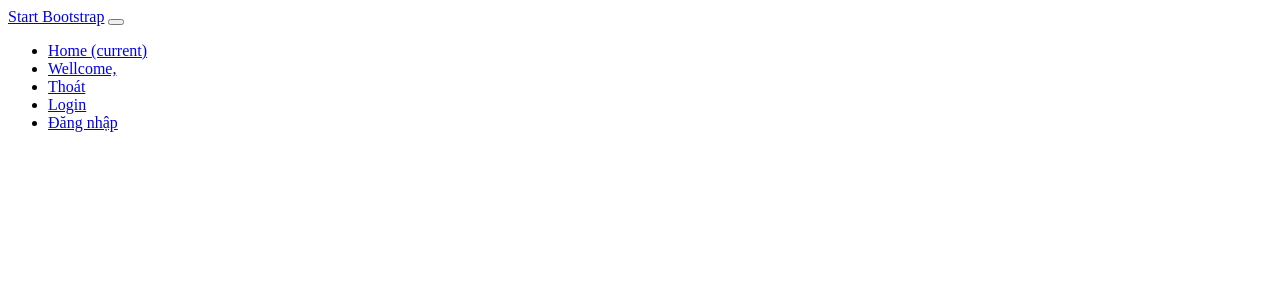
Repository: DuongVanMinhIT/JavaWeb
Page: http://localhost/new-jdbc/common/web/header.jsp
These files come from the project's save history. The page is drawn as it stood at one moment and after a run of saves; the edit follows.
The browser window is 1280 px wide. The pictures show the whole page.
The page is served by Tomcat 9. Nobody is signed in. The application's start-up code is not run. Other server files are loaded and not shown.

Above is the page before, as saved 2020-06-22 06:26:06.

### servlet/new-jdbc/src/main/webapp/common/web/header.jsp
<%@ page language="java" contentType="text/html; charset=UTF-8"
    pageEncoding="UTF-8"%>
 <!-- Navigation -->
  <nav class="navbar navbar-expand-lg navbar-dark bg-dark fixed-top">
    <div class="container">
      <a class="navbar-brand" href="#">Start Bootstrap</a>
      <button class="navbar-toggler" type="button" data-toggle="collapse" data-target="#navbarResponsive" aria-controls="navbarResponsive" aria-expanded="false" aria-label="Toggle navigation">
        <span class="navbar-toggler-icon"></span>
      </button>
      <div class="collapse navbar-collapse" id="navbarResponsive">
        <ul class="navbar-nav ml-auto">
          <li class="nav-item active">
            <a class="nav-link" href="#">Home
              <span class="sr-only">(current)</span>
            </a>
          </li>
          <c:if test="${not empty USERMODEL}">
              <li class="nav-item">
                <a class="nav-link" href='#'>Wellcome, ${USERMODEL.fullName}</a>
              </li>
              <li class="nav-item">
                <a class="nav-link" href='<c:url value="/thoat?action=logout"/>'>Thoát</a>
              </li>
            </c:if>
          <li class="nav-item">
            <a class="nav-link" href='<c:url value="dang-nhap?action=login"/>'>Login</a>
          </li>
          <c:if test="${empty USERMODEL}">
              <li class="nav-item">
                <a class="nav-link" href='<c:url value="/dang-nhap?action=login"/>'>Đăng nhập</a>
              </li>
            </c:if>
        </ul>
      </div>
    </div>
  </nav>

After the next 2 saves:
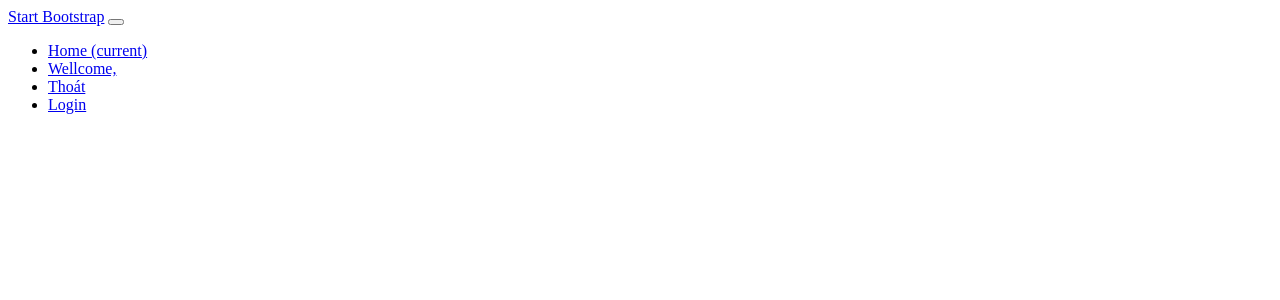
The 2 saves are shown as one change because they came seconds apart.
The last was saved 17 s later.
--- a/servlet/new-jdbc/src/main/webapp/common/web/header.jsp
+++ b/servlet/new-jdbc/src/main/webapp/common/web/header.jsp
@@ -1,36 +1,30 @@
 <%@ page language="java" contentType="text/html; charset=UTF-8"
-    pageEncoding="UTF-8"%>
- <!-- Navigation -->
-  <nav class="navbar navbar-expand-lg navbar-dark bg-dark fixed-top">
-    <div class="container">
-      <a class="navbar-brand" href="#">Start Bootstrap</a>
-      <button class="navbar-toggler" type="button" data-toggle="collapse" data-target="#navbarResponsive" aria-controls="navbarResponsive" aria-expanded="false" aria-label="Toggle navigation">
-        <span class="navbar-toggler-icon"></span>
-      </button>
-      <div class="collapse navbar-collapse" id="navbarResponsive">
-        <ul class="navbar-nav ml-auto">
-          <li class="nav-item active">
-            <a class="nav-link" href="#">Home
-              <span class="sr-only">(current)</span>
-            </a>
-          </li>
-          <c:if test="${not empty USERMODEL}">
-              <li class="nav-item">
-                <a class="nav-link" href='#'>Wellcome, ${USERMODEL.fullName}</a>
-              </li>
-              <li class="nav-item">
-                <a class="nav-link" href='<c:url value="/thoat?action=logout"/>'>Thoát</a>
-              </li>
-            </c:if>
-          <li class="nav-item">
-            <a class="nav-link" href='<c:url value="dang-nhap?action=login"/>'>Login</a>
-          </li>
-          <c:if test="${empty USERMODEL}">
-              <li class="nav-item">
-                <a class="nav-link" href='<c:url value="/dang-nhap?action=login"/>'>Đăng nhập</a>
-              </li>
-            </c:if>
-        </ul>
-      </div>
-    </div>
-  </nav>
+	pageEncoding="UTF-8"%>
+<!-- Navigation -->
+<nav class="navbar navbar-expand-lg navbar-dark bg-dark fixed-top">
+	<div class="container">
+		<a class="navbar-brand" href="#">Start Bootstrap</a>
+		<button class="navbar-toggler" type="button" data-toggle="collapse"
+			data-target="#navbarResponsive" aria-controls="navbarResponsive"
+			aria-expanded="false" aria-label="Toggle navigation">
+			<span class="navbar-toggler-icon"></span>
+		</button>
+		<div class="collapse navbar-collapse" id="navbarResponsive">
+			<ul class="navbar-nav ml-auto">
+				<li class="nav-item active"><a class="nav-link" href="#">Home
+						<span class="sr-only">(current)</span>
+				</a></li>
+				<c:if test="${not empty USERMODEL}">
+					<li class="nav-item"><a class="nav-link" href='#'>Wellcome,
+							${USERMODEL.fullName}</a></li>
+					<li class="nav-item"><a class="nav-link"
+						href='<c:url value="/thoat?action=logout"/>'>Thoát</a></li>
+				</c:if>
+				<c:if test="${empty USERMODEL}">
+					<li class="nav-item"><a class="nav-link"
+						href='<c:url value="dang-nhap?action=login"/>'>Login</a></li>
+				</c:if>
+			</ul>
+		</div>
+	</div>
+</nav>
